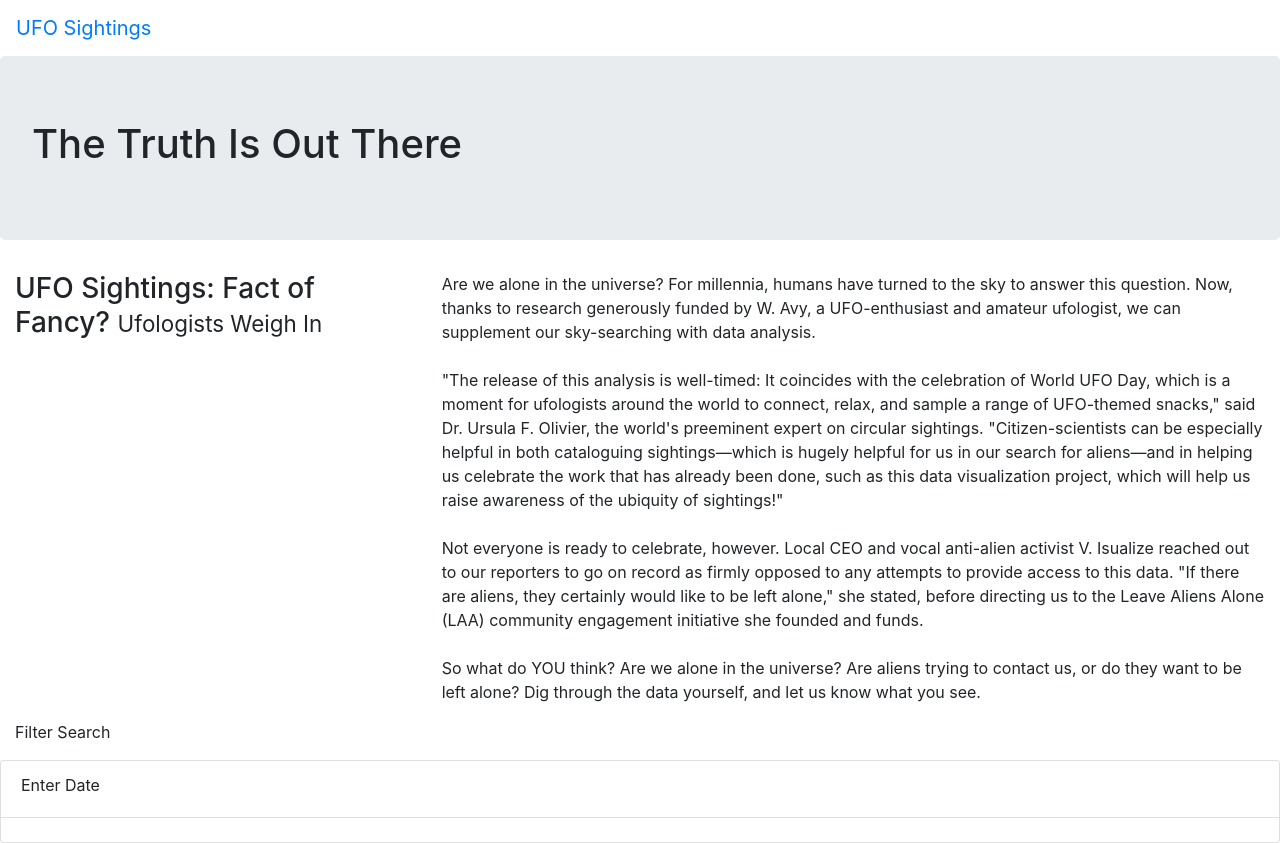
Repository: PaddyHQ/UFOs
Page: index.html
These files come from the project's save history. The page is drawn as it stood at one moment and after the next save; the edit follows.
The browser window is 1280 px wide. The pictures show the whole page.

Above is the page before, as saved 2022-02-02 21:24:09.

### index.html
<!DOCTYPE html>
<html lang="en">
<head>

    <meta charset="UTF-8">
    <meta http-equiv="X-UA-Compatible" content="IE=edge">
    <meta name="viewport" content="width=device-width, initial-scale=1.0">
    <title>Document</title>
    <link
      rel="stylesheet"
      href="https://maxcdn.bootstrapcdn.com/bootstrap/4.0.0/css/bootstrap.min.css"
      integrity="sha384-Gn5384xqQ1aoWXA+058RXPxPg6fy4IWvTNh0E263XmFcJlSAwiGgFAW/dAiS6JXm"
      crossorigin="anonymous"
    />
    <link rel="stylesheet" href="static/css/style.css">
</head>
<body>
    <div class="wrapper">
        <nav class="navbar navbar-expand-lg">
            <a class="navbar-brand" href="index.html">UFO Sightings</a>
        </nav>
    </div>
    <div class="jumbotron">
        <h1>The Truth Is Out There</h1>
      </div>
      <div class="container-fluid">
        <div class="row">
          <div class="col-md-4">
            <h3>UFO Sightings: Fact of Fancy? <small>Ufologists Weigh In</small></h3>
          </div>
          <div class="col-md-8">
            <p>
              Are we alone in the universe? For millennia, humans have turned to the sky to answer this question. Now, thanks to research generously funded by W. Avy, a UFO-enthusiast and amateur ufologist, we can supplement our sky-searching with data analysis.<br><br>"The release of this analysis is well-timed: It coincides with the celebration of World UFO Day, which is a moment for ufologists around the world to connect, relax, and sample a range of UFO-themed snacks," said Dr. Ursula F. Olivier, the world's preeminent expert on circular sightings. "Citizen-scientists can be especially helpful in both cataloguing sightings—which is hugely helpful for us in our search for aliens—and in helping us celebrate the work that has already been done, such as this data visualization project, which will help us raise awareness of the ubiquity of sightings!"<br><br>Not everyone is ready to celebrate, however. Local CEO and vocal anti-alien activist V. Isualize reached out to our reporters to go on record as firmly opposed to any attempts to provide access to this data. "If there are aliens, they certainly would like to be left alone," she stated, before directing us to the Leave Aliens Alone (LAA) community engagement initiative she founded and funds.<br><br>So what do YOU think? Are we alone in the universe? Are aliens trying to contact us, or do they want to be left alone? Dig through the data yourself, and let us know what you see.
            </p>
          </div>
        </div>
      </div>
      <div class="container-fluid">
        <div class="row">
          <div class="col-md-3">
            <form>
                <p>Filter Search</p>
              </form>
          </div>
          <div class="col-md-9">

          </div>
        </div>
      </div>
    <ul class="list-group">
        <li class="list-group-item">
            <label for="date">Enter Date</label>
        </li>
        <li class="list-group-item">

        </li>
    </ul>
</body>
</html>

Loaded but not shown: static/css/style.css (no copy from this time; the picture is the same without it)

After the next save:
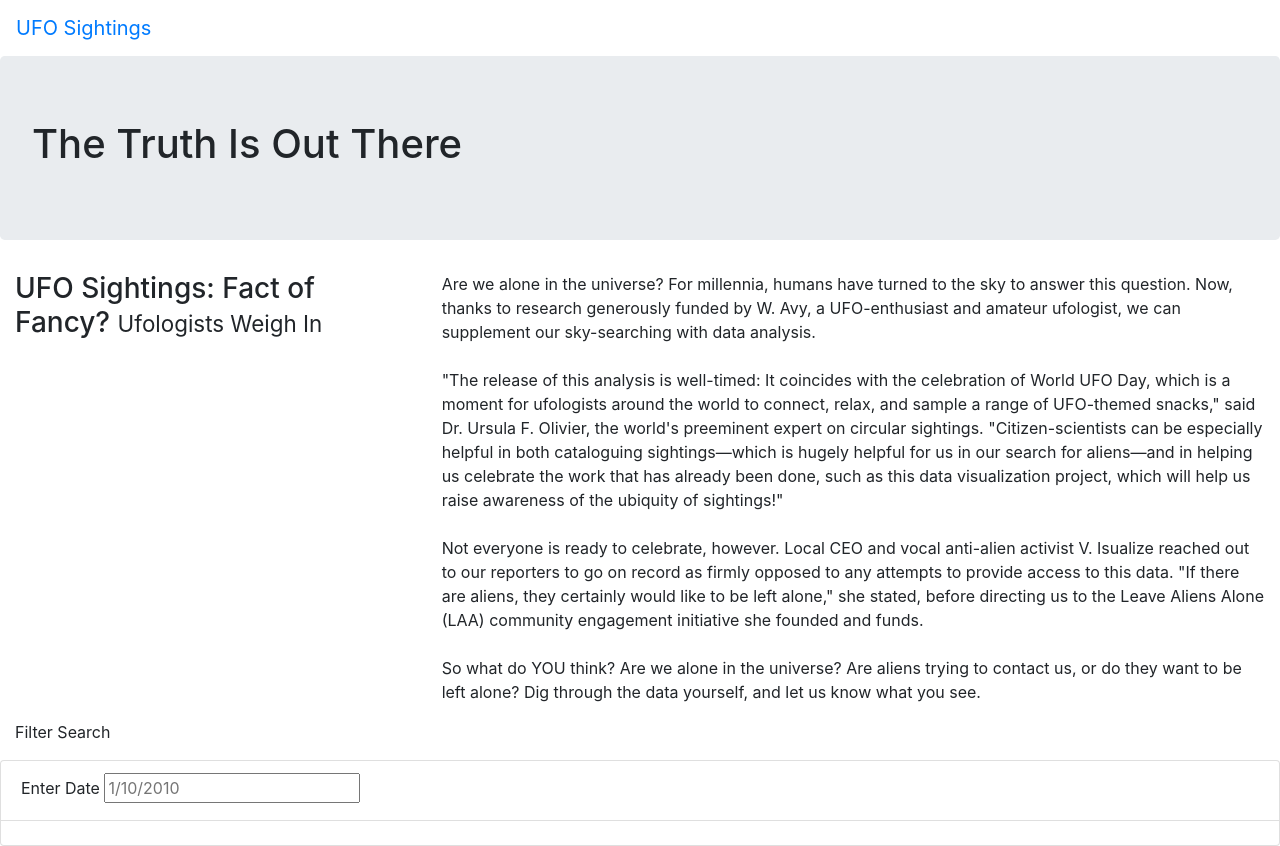
Saved 18 s later.
--- a/index.html
+++ b/index.html
@@ -50,6 +50,7 @@
     <ul class="list-group">
         <li class="list-group-item">
             <label for="date">Enter Date</label>
+            <input type="text" placeholder="1/10/2010" id="datetime" />
         </li>
         <li class="list-group-item">
 
